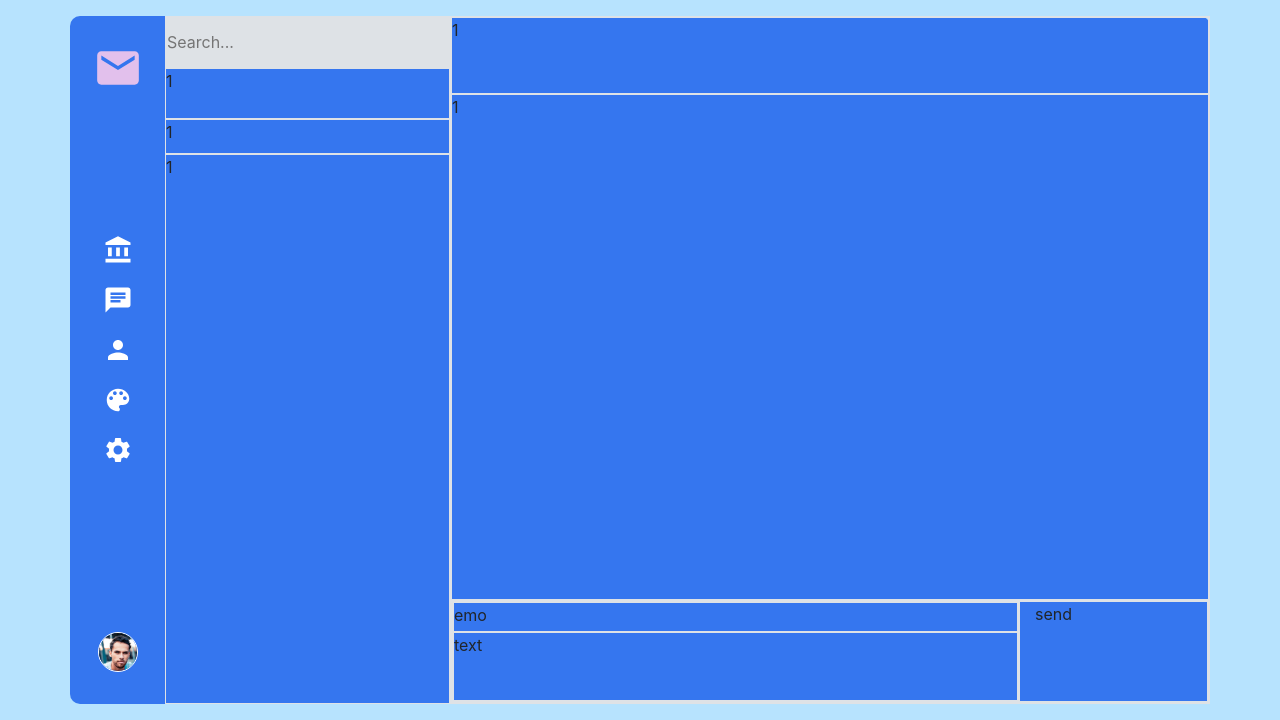
Repository: arafat877/super-chat
Page: /
These files come from the project's save history. The page is drawn as it stood at one moment and after a run of saves; the edit follows.
The browser window is 1280 px wide. The pictures show the whole page.
The project was rebuilt for these pictures with package versions that can differ from the ones it lists, and the page was loaded fresh each time.

Above is the page before, as saved 2020-08-06 22:46:21.

After the next 2 saves:
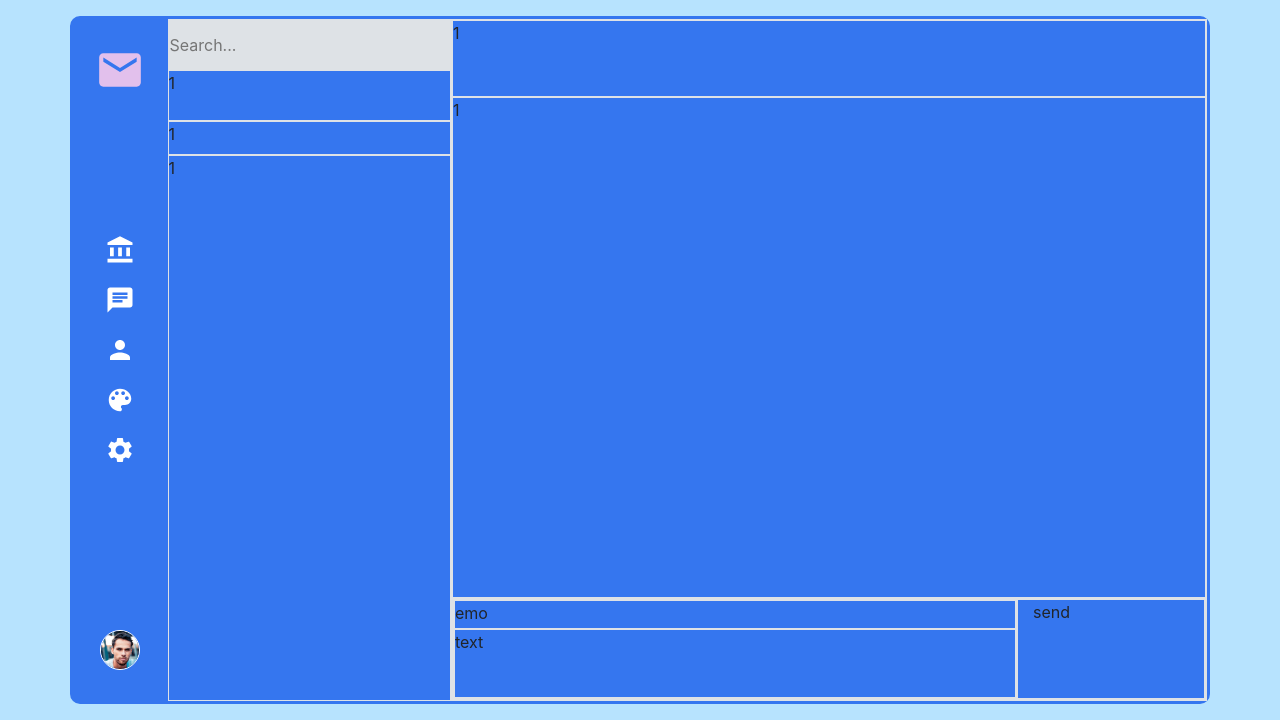
The 2 saves are shown as one change because 1 did not build or start.
The last was saved 41 s later.
--- a/src/App.scss
+++ b/src/App.scss
@@ -4,6 +4,7 @@
   .appWrapper {
     background-color: #3576ef;
     border-radius: 10px;
+    border:solid #3576ef;
 
     .firstCol {
       .logoRow {
@@ -20,7 +21,6 @@
         .menuList {
           list-style: none;
 
-
           .menuItem {
             margin-bottom: 20px;
 
@@ -34,12 +34,12 @@
       .photoRow {
         height: 15%;
 
-        .profilePhoto{
-            height: 40px;
-            width: 40px;
-            border: solid thin white;
-            border-radius: 50%;
-            object-fit: cover;
+        .profilePhoto {
+          height: 40px;
+          width: 40px;
+          border: solid thin white;
+          border-radius: 50%;
+          object-fit: cover;
         }
       }
     }
@@ -48,15 +48,14 @@
       .searchRow {
         height: 7.5%;
 
-        .searchInput{
+        .searchInput {
+          width: 100%;
+          border: none;
+          background-color: #dee2e6;
 
-            width: 100%;
-            border: none;
-            background-color: #dee2e6;
-
-            &:focus{
-                outline: none;
-            }
+          &:focus {
+            outline: none;
+          }
         }
       }
       .convRow {
